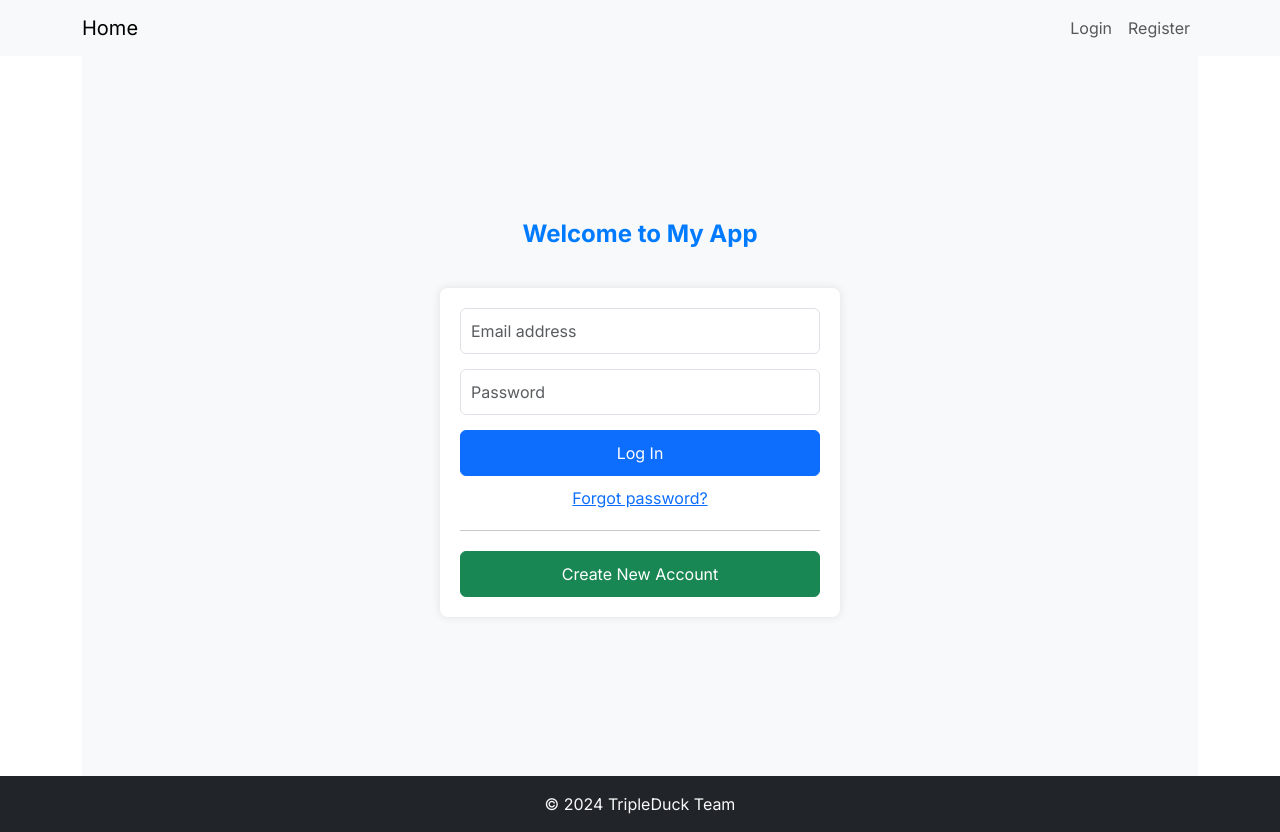
Repository: tdphong1293/KHDL01_DemoWebKafka
Page: /auth/login (app in Frontend_Client/)
An editor plug-in stored every save of this project. The page is shown before and after the next save, followed by the edit.
The browser window is 1280 px wide. The pictures show the whole page.
The project was rebuilt for these pictures with package versions that can differ from the ones it lists, and the page was loaded fresh each time. The framework's server and built-in components were replaced by stand-ins that run in the browser. Also part of the build but not shown: Frontend_Client/next.config.mjs.

Above is the page before, as saved 2024-07-23 23:14:27.

After the next save:
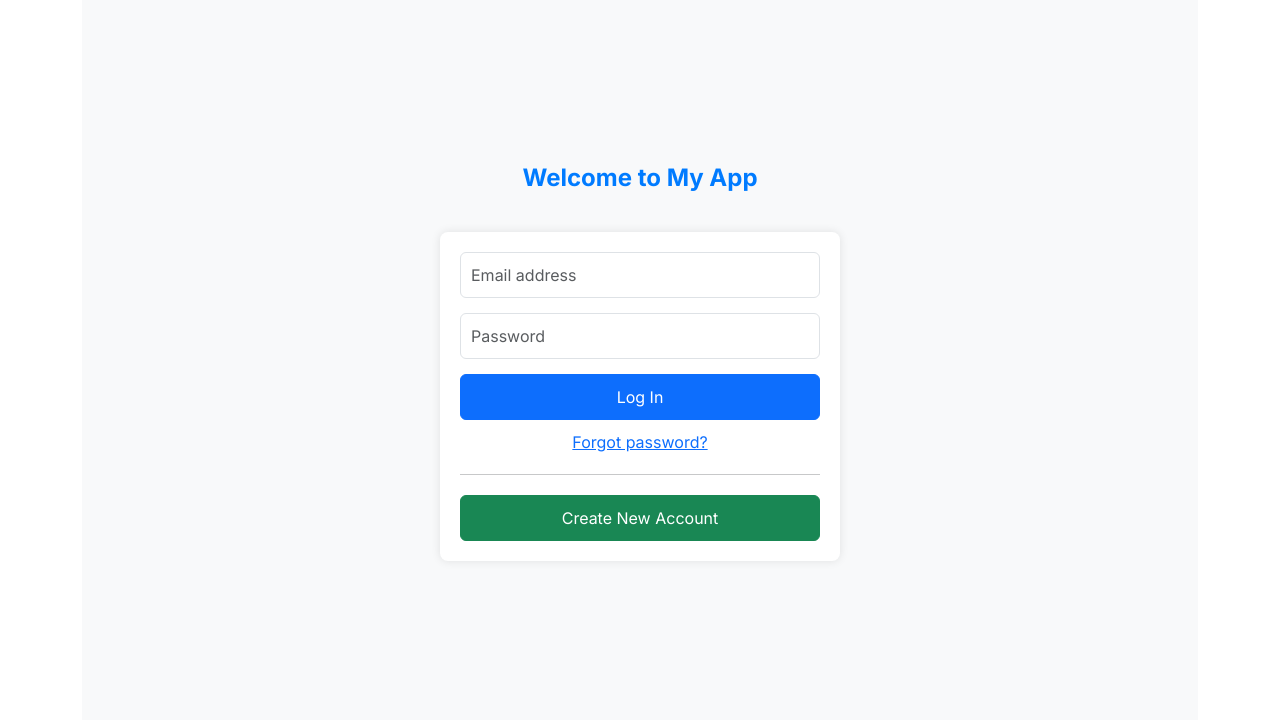
Saved 92 s later.
--- a/Frontend_Client/src/app/layout.tsx
+++ b/Frontend_Client/src/app/layout.tsx
@@ -1,4 +1,6 @@
 // src/app/layout.tsx
+'use client';
+
 import type { Metadata } from "next";
 import { Inter } from "next/font/google";
 import 'bootstrap/dist/css/bootstrap.min.css';
@@ -7,6 +9,7 @@
 import { Container } from "react-bootstrap";
 import { ToastContainer } from 'react-toastify';
 import 'react-toastify/dist/ReactToastify.css';
+import { usePathname } from 'next/navigation';
 
 const inter = Inter({ subsets: ["latin"] });
 
@@ -20,14 +23,21 @@
 }: Readonly<{
     children: React.ReactNode;
 }>) {
+    const pathname = usePathname();
+    const isLoginPage = pathname === '/auth/login';
+
     return (
         <html lang="en">
+            <head>
+                <meta charSet="UTF-8" />
+                <meta name="viewport" content="width=device-width, initial-scale=1.0" />
+            </head>
             <body className={inter.className}>
-                <Header />
+                {!isLoginPage && <Header />}
                 <Container>
                     {children}
                 </Container>
-                <Footer />
+                {!isLoginPage && <Footer />}
                 <ToastContainer />
             </body>
         </html>

After the save that followed:
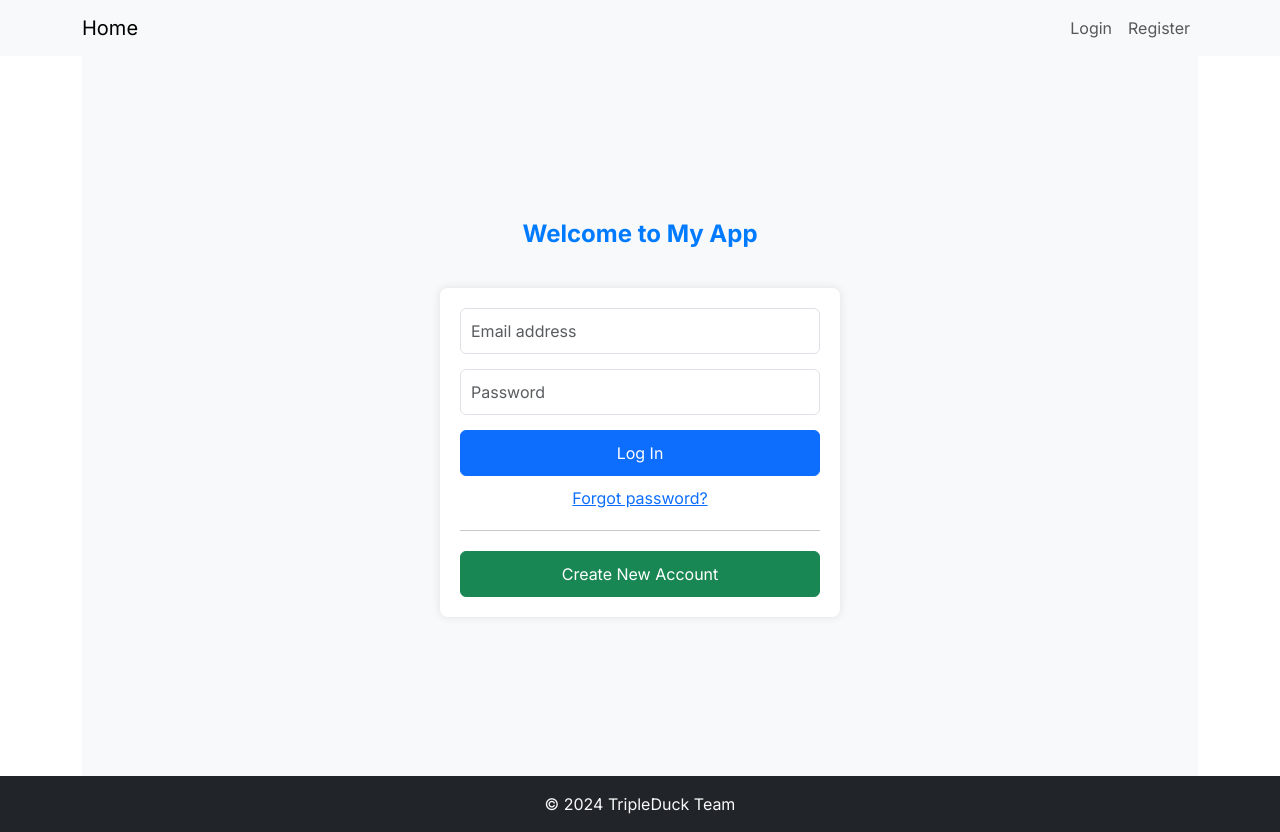
Saved 4 min 12 s later.
--- a/Frontend_Client/src/app/layout.tsx
+++ b/Frontend_Client/src/app/layout.tsx
@@ -1,6 +1,4 @@
 // src/app/layout.tsx
-'use client';
-
 import type { Metadata } from "next";
 import { Inter } from "next/font/google";
 import 'bootstrap/dist/css/bootstrap.min.css';
@@ -9,7 +7,6 @@
 import { Container } from "react-bootstrap";
 import { ToastContainer } from 'react-toastify';
 import 'react-toastify/dist/ReactToastify.css';
-import { usePathname } from 'next/navigation';
 
 const inter = Inter({ subsets: ["latin"] });
 
@@ -23,21 +20,14 @@
 }: Readonly<{
     children: React.ReactNode;
 }>) {
-    const pathname = usePathname();
-    const isLoginPage = pathname === '/auth/login';
-
     return (
         <html lang="en">
-            <head>
-                <meta charSet="UTF-8" />
-                <meta name="viewport" content="width=device-width, initial-scale=1.0" />
-            </head>
             <body className={inter.className}>
-                {!isLoginPage && <Header />}
+                <Header />
                 <Container>
                     {children}
                 </Container>
-                {!isLoginPage && <Footer />}
+                <Footer />
                 <ToastContainer />
             </body>
         </html>
